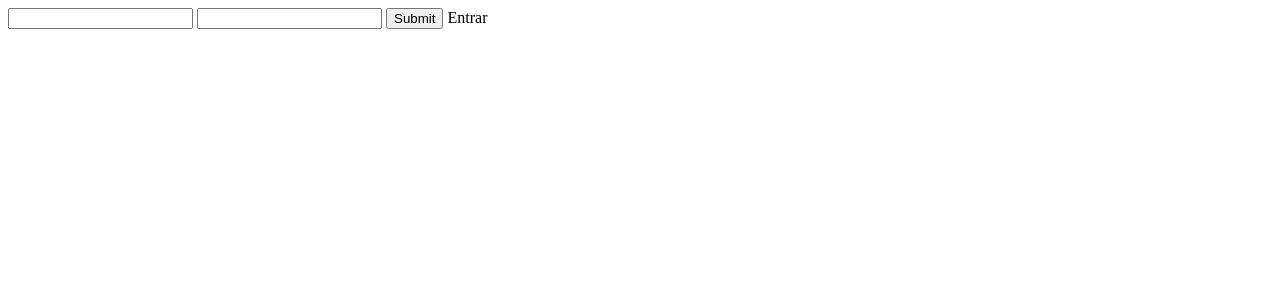
Repository: oskiman18/TP-Final
Page: http://localhost/Tp_integrador_grupo_2/home.jsp
The author's editor kept a copy of each file at every save. The page is drawn from the files as they stood at one save, then again after the next save.
The browser window is 1280 px wide. The pictures show the whole page.
The page is served by Tomcat 9.

Above is the page before, as saved 2021-06-23 15:40:58.

### Tp_integrador_grupo_2/src/main/webapp/home.jsp
<%@ page language="java" contentType="text/html; charset=ISO-8859-1"
    pageEncoding="ISO-8859-1"%>
<!DOCTYPE html>
<html>
<head>
<meta charset="ISO-8859-1">
<title>Insert title here</title>
</head>
<body>
<form>
	<label for='usuario'></label>
	<input name='usuario'> </input>

	<label for='pass'></label>
	<input name='pass'> </input>

	<input type='submit'> Entrar </input>
</form>
</body>
</html>

After the next save:
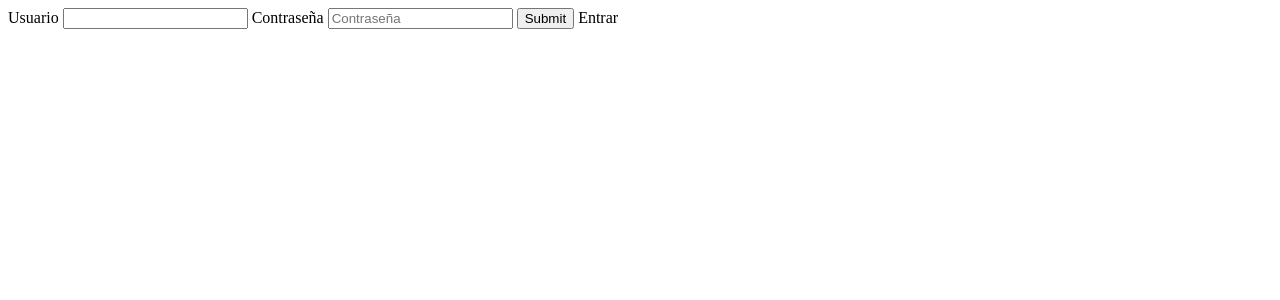
Saved 92 s later.
--- a/Tp_integrador_grupo_2/src/main/webapp/home.jsp
+++ b/Tp_integrador_grupo_2/src/main/webapp/home.jsp
@@ -8,11 +8,11 @@
 </head>
 <body>
 <form>
-	<label for='usuario'></label>
-	<input name='usuario'> </input>
+	<label for='usuario'>Usuario</label>
+	<input name='usuario' 'placeholder='usuario'>
 
-	<label for='pass'></label>
-	<input name='pass'> </input>
+	<label for='pass'> Contraseña </label>
+	<input name='pass' type='password' placeholder='Contraseña'>
 
 	<input type='submit'> Entrar </input>
 </form>
